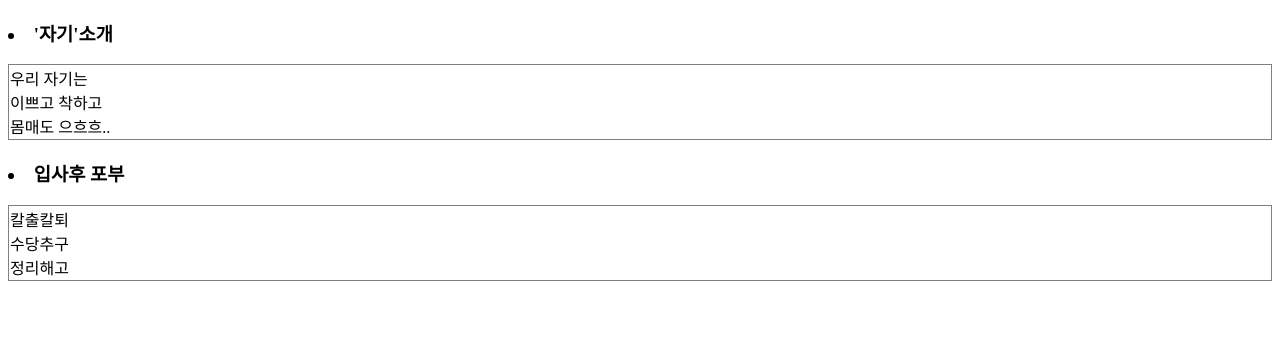
Repository: porivas/140630_Java
Page: http://localhost/web4_resume/coverletter.jsp
An editor plug-in stored every save of this project. The page is shown before and after the next save, followed by the edit.
The browser window is 1280 px wide. The pictures show the whole page.
The page is served by Tomcat 9.

Above is the page before, as saved 2014-09-25 08:24:41.

After the next save:
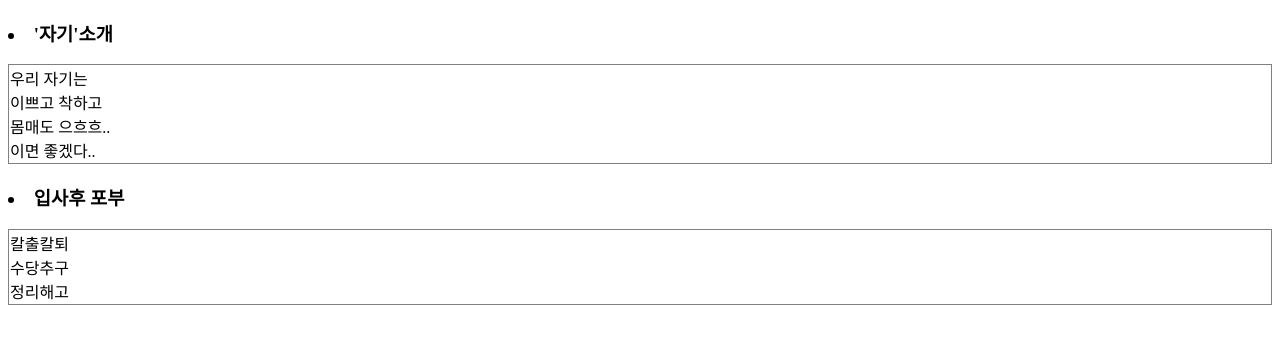
Saved 6 min 2 s later.
--- a/web4_resume/WebContent/coverletter.jsp
+++ b/web4_resume/WebContent/coverletter.jsp
@@ -19,6 +19,7 @@
 				<td> 우리 자기는
 				<br> 이쁘고 착하고
 				<br> 몸매도 으흐흐..
+				<br> 이면 좋겠다..
 				</td>
 			</tr>
 		</table>
